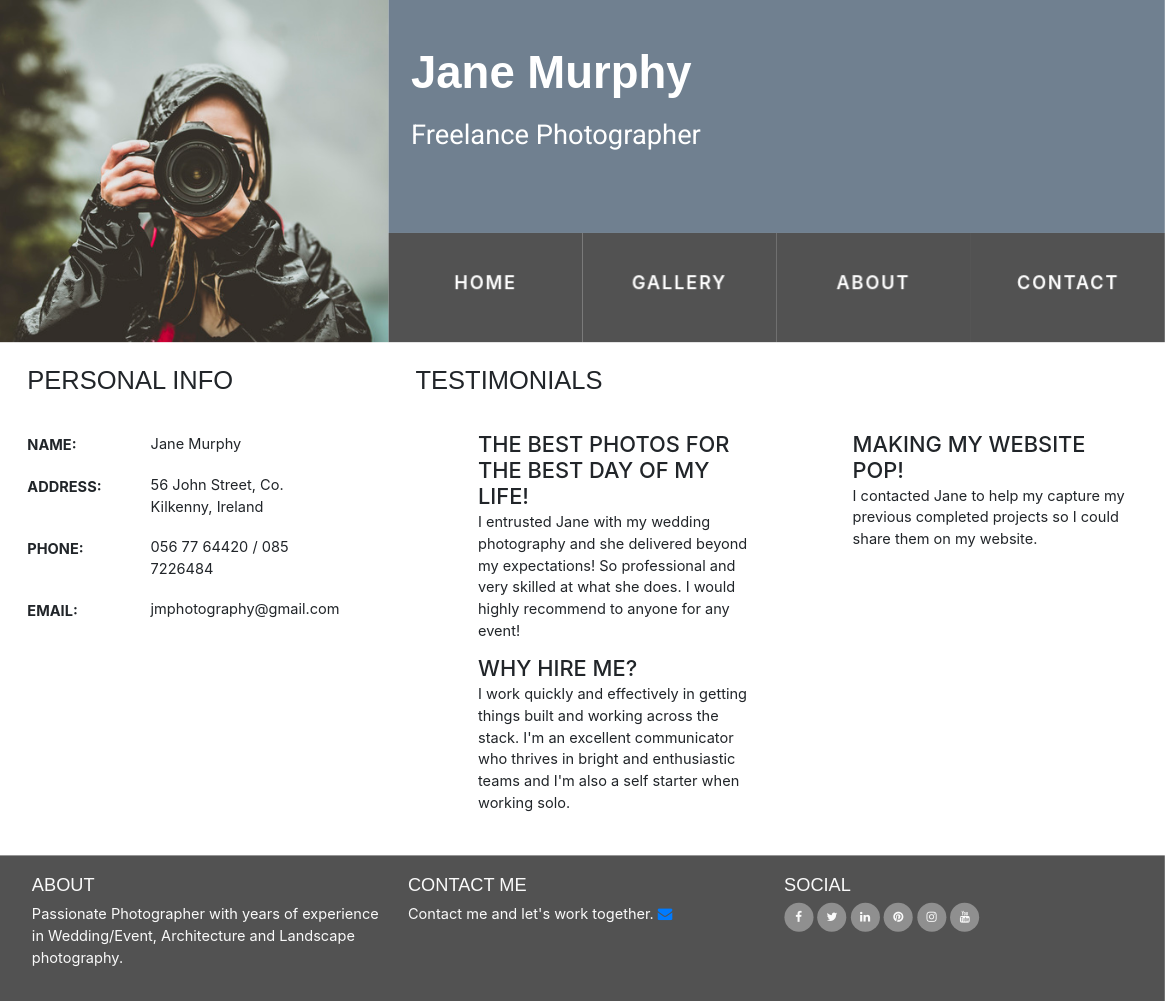
Repository: Code-Institute-Submissions/MrChrisRandall-milestone-1
Page: index.html
The author's editor kept a record of every edit. The page is drawn from the files as they stood at one moment, then again after the next edit.
The browser window is 1280 px wide. The pictures show the whole page, at 91% of full size.

Above is the page before.

### index.html
<!DOCTYPE html>
<html lang="en">

<head>
    <meta charset="UTF-8">
    <meta name="viewport" content="width=device-width, initial-scale=1.0">
    <meta http-equiv="X-UA-Compatible" content="ie=edge">
    <link rel="stylesheet" href="https://stackpath.bootstrapcdn.com/bootstrap/4.3.1/css/bootstrap.min.css" type="text/css" />
    <link rel="stylesheet" href="https://stackpath.bootstrapcdn.com/font-awesome/4.7.0/css/font-awesome.min.css" type="text/css" />
    <link rel="stylesheet" href="https://cdnjs.cloudflare.com/ajax/libs/hover.css/2.3.1/css/hover-min.css" type="text/css" />
    <link rel="stylesheet" href="assets/css/style.css" type="text/css" />
    <title>Studio 21</title>
</head>

<body>
    <header>
        <div class="row no-gutters">
            <a href="index.html" class="col-md-4 logo">

            </a>
            <div class="col-md-8">
                <div class="row no-gutters bg-color-name-title">
                    <div class="col heading">
                        <h1 class="name">Jane Murphy</h1>
                        <h2 class="title">Freelance Photographer</h2>
                    </div>
                </div>
                <div class="row no-gutters">
                    <div class="col">
                        <ul id="nav" class="list-inline menucontainer">
                            <li class="col-2 col-sm-3 ui-menu-color-home list-inline-item menuitem">
                                <a href="#" class="hvr-grow-shadow"><span>Home</span></a>
                            </li>
                            <li class="col-2 col-sm-3 ui-menu-color-gallery list-inline-item menuitem">
                                <a href="#" class="hvr-grow-shadow"><span>Gallery</span></a>
                            </li>
                            <li class="col-2 col-sm-3 ui-menu-color-about list-inline-item menuitem">
                                <a href="#" class="hvr-grow-shadow"><span>About</span></a>
                            </li>
                            <li class="col-2 col-sm-3 ui-menu-color-contact list-inline-item menuitem">
                                <a href="#" class="hvr-grow-shadow"><span>Contact</span></a>
                            </li>
                        </ul>
                    </div>
                </div>

            </div>
        </div>

    </header>

    <section class="container-fluid">
        <div class="row">
            <div class="col-md-4 bg-color-personal-info section-column">
                <div class="row">
                    <div class="col-12">
                        <h3 class="section-heading uppercase">
                            Personal Info
                        </h3>
                    </div>
                </div>
                <div class="personal-info-item">
                    <div class="key">
                        <p class="uppercase">
                            Name:
                        </p>
                    </div>
                    <div class="value">
                        <p>
                            Jane Murphy
                        </p>
                    </div>
                </div>
                <div class="personal-info-item">
                    <div class="key">
                        <p class="uppercase">
                            Address:
                        </p>
                    </div>
                    <div class="value">
                        <p>
                            56 John Street, Co. Kilkenny, Ireland
                        </p>
                    </div>
                </div>
                <div class="personal-info-item">
                    <div class="key">
                        <p class="uppercase">
                            Phone:
                        </p>
                    </div>
                    <div class="value">
                        <p>
                            056 77 64420 / 085 7226484
                        </p>
                    </div>
                </div>
                <div class="personal-info-item">
                    <div class="key">
                        <p class="uppercase">
                            Email:
                        </p>
                    </div>
                    <div class="value">
                        <p>
                            jmphotography@gmail.com
                        </p>
                    </div>
                </div>
            </div>
            <div class="col-md-8 bg-color-three-reasons section-column">
                <div class="row">
                    <div class="col">
                        <h3 class="section-heading uppercase">Testimonials</h3>
                    </div>
                </div>
                <div class="row">
                    <div class="col-10 offset-1 offset-sm-0 col-sm-4 col-md-6">
                        <div class="row">
                            <div class="col-2">
                            </div>
                            <div class="col-10">
                                <h4 class="uppercase">The best photos for the best day of my life!</h4>
                                <p>
                                    I entrusted Jane with my wedding photography and she delivered beyond my expectations! So professional and very skilled at what she does. I would highly recommend to anyone for any event!
                                </p>
                            </div>
                        </div>
                    </div>
                    <div class="col-10 offset-1 offset-sm-0 col-sm-4 col-md-6">
                        <div class="row">
                            <div class="col-2">
                            </div>
                            <div class="col-10">
                                <h4 class="uppercase">Making my website pop!</h4>
                                <p>
                                    I contacted Jane to help my capture my previous completed projects so I could share them on my website.
                                </p>
                            </div>
                        </div>
                    </div>
                    <div class="col-10 offset-1 offset-sm-0 col-sm-4 col-md-6">
                        <div class="row">
                            <div class="col-2">
                            </div>
                            <div class="col-10">
                                <h4 class="uppercase">Why hire me?</h4>
                                <p>
                                    I work quickly and effectively in getting things built and working across the stack. I'm an excellent communicator who thrives in bright and enthusiastic teams and I'm also a self starter when working solo.
                                </p>
                            </div>
                        </div>
                    </div>
                </div>
            </div>
        </div>

    </section>

    <footer class="container-fluid">
        <div id="footer-details" class="row">
            <div class="col-sm-4">
                <h5 class="uppercase general-sub">About</h5>
                <p class="inline-block">
                    Passionate Photographer with years of experience in Wedding/Event, Architecture and Landscape photography.
                </p>
            </div>
            <div class="col-sm-4">
                <h5 class="uppercase general-sub">Contact Me</h5>
                <p class="inline-block">
                    Contact me and let's work together.
                    <a href="contact.html" class="contant-link">
                        <i class="fa fa-envelope" aria-hidden="true"></i>
                        <span class="sr-only">Contact link.</span>
                    </a>
                </p>
            </div>
            <div class="col-sm-4">
                <h5 class="uppercase general-sub">Social</h5>
                <ul class="list-inline social-links">
                    <li class="list-inline-item">
                        <a target="_blank" href="#">
                            <i class="fa fa-facebook" aria-hidden="true"></i>
                            <span class="sr-only">Facebook</span>
                        </a>
                    </li>
                    <li class="list-inline-item">
                        <a target="_blank" href="#">
                            <i class="fa fa-twitter" aria-hidden="true"></i>
                            <span class="sr-only">Twitter</span>
                        </a>
                    </li>
                    <li class="list-inline-item">
                        <a target="_blank" href="#">
                            <i class="fa fa-linkedin" aria-hidden="true"></i>
                            <span class="sr-only">LinkedIn</span>
                        </a>
                    </li>
                    <li class="list-inline-item">
                        <a target="_blank" href="#">
                            <i class="fa fa-pinterest" aria-hidden="true"></i>
                            <span class="sr-only">Pinterest</span>
                        </a>
                    </li>
                    <li class="list-inline-item">
                        <a target="_blank" href="#">
                            <i class="fa fa-instagram" aria-hidden="true"></i>
                            <span class="sr-only">Instagram</span>
                        </a>
                    </li>
                    <li class="list-inline-item">
                        <a target="_blank" href="#">
                            <i class="fa fa-youtube" aria-hidden="true"></i>
                            <span class="sr-only">YouTube</span>
                        </a>
                    </li>
                </ul>
            </div>
        </div>
    </footer>

</body>

</html>

### assets/css/style.css
@import url('https://fonts.googleapis.com/css?family=Roboto&display=swap:100,200,300,400,500,600,700|Exo:100,200,300,400,500,600,700');


/*--------------------------------------------------Colors*/

.bg-color-name-title {
    background-color: #708090;
}

.ui-menu-color-home {
    background-color: #525252;
}

.ui-menu-color-gallery {
    background-color: #525252;
}

.ui-menu-color-about {
    background-color: #525252;
}

.ui-menu-color-contact {
    background-color: #525252;
}

/*--------------------------------------------------General*/

h1,
h2,
h3,
h4 {
    margin: 0;
}

.uppercase {
    text-transform: uppercase;
}

.general-sub {
    font-family: "Exo", sans-serif;
    font-weight: 300;
    color: #fafafa
}

.inline-block {
    display: inline-block;
}

.row-table {
    display: table;
}

.section-column {
    display: table-cell;
    padding: 0 30px 30px;
    float: none;
}

.history-heading,
.section-heading {
    font-family: "Exo", sans-serif;
    font-weight: 300;
    margin-top: 25px;
    margin-bottom: 40px;
}

/*--------------------------------------------------Header*/

.header {
    margin: 0;
}

.heading {
    margin-left: 25px;
}

.logo {
    background: url(../images/pic.jpg);
    background-position: center;
    background-repeat: no-repeat;
    background-size: cover;
    min-height: 360px;
}

.name {
    font-family: "Exo", sans-serif;
    font-weight: 600;
    font-size: 50px;
    margin-top: 50px;
    color: #fff;
}

.title {
    font-family: "Roboto", sans-serif;
    font-weight: 400;
    font-size: 30px;
    margin-top: 20px;
    margin-bottom: 90px;
    color: #fff;
}

.list-inline-item:not(:last-child) {
    margin: 0;
}

.menucontainer {
    font-size: 0;
}

#nav {
    margin: 0;
}

#nav li {
    font-size: 14px;
    padding: 0;
}

.menuitem {
    height: 120px;
    text-align: center;
    padding: 0;
}

.menuitem a {
    width: 100%;
    text-decoration: none;
    color: #fff;
    height: 120px;
}

.menuitem span {
    display: block;
    width: 100%;
    padding-top: 40px;
    text-align: center;
    text-transform: uppercase;
    font-size: 20px;
    font-weight: 600;
    letter-spacing: 2px;
}

/*--------------------------------------------------Footer*/

footer {
    background-color: #525252;
    color: #fafafa;
    min-height: 120px;
    margin: 0;
}

.contact-link i {
    width: 32px;
    height: 32px;
    padding: 12px 0;
    border-radius: 50%;
    font-size: 13px;
    line-height: 7px;
    text-align: center;
    color: #fafafa;
    background: #8f8f8f;
    transition: all 0.35s ease-in-out;
    -moz-transition: all 0.35s ease-in-out;
    -webkit-transition: all 0.35s ease-in-out;
    -o-transition: all 0.35s ease-in-out;
}

.social-links {
    padding-bottom: 15px;
}

.social-links li a i {
    width: 32px;
    height: 32px;
    padding: 12px 0;
    border-radius: 50%;
    font-size: 13px;
    line-height: 7px;
    text-align: center;
    color: #fafafa;
    background: #8f8f8f;
    transition: all 0.35s ease-in-out;
    -moz-transition: all 0.35s ease-in-out;
    -webkit-transition: all 0.35s ease-in-out;
    -o-transition: all 0.35s ease-in-out;
}

.social-links li a i:hover {
    background: #708090;
}

#footer-details {
    padding: 20px;
}

/*--------------------------------------------------Personal Info*/

.personal-info-item {
    margin-bottom: 20px;
    display: block;
    clear: both;
}

.personal-info-item .key,
.personal-info-item .value {
    padding-right: 8px;
    display: inline-block;
}

.personal-info-item .key p,
.personal-info-item .value p {
    margin: 0;
}

.personal-info-item .key {
    width: 30%;
    margin-right: 21px;
    padding-top: 2px;
    vertical-align: top;
}

.personal-info-item .key p {
    font-weight: 700;
}

.personal-info-item .value {
    position: relative;
    width: 60%;
}

/*--------------------------------------------------Contact Form*/

.contact-heading {
    font-family: "Exo", sans-serif;
    font-weight: 300;
    margin-top: 25px;
    margin-bottom: 20px;
}

.center-form {
    padding-top: 10px;
    margin: 0 auto;
    max-width: 70%;
}

button[type="submit"] {
    margin-top: 15px;
    margin-bottom: 20px;
    color: #fafafa;
    background-color: #e84610;
}

/*--------------------------------------------------Gallery*/

.flex-container {
    width: 1280px;
    min-height: 500px;
    background: #fff;
    margin: 70px auto 0;
    display: flex;
    flex-direction: row;
    flex-wrap: wrap;
}

.flex-container .box {
    position: relative;
    width: 250px;
    height: 167px;
    background: #000000;
    margin: 25px;
    display: inline-block
}

.flex-container .box .imgBox {
    position: relative;
}

.flex-container .box .imgBox img {
    max-width: 250px;
    width: 250px;
    max-height: 167px;
    transition: transform 2s;
}

.flex-container .box:hover .imgBox img {
    transform: scale(1.15);
}

After the next edit:
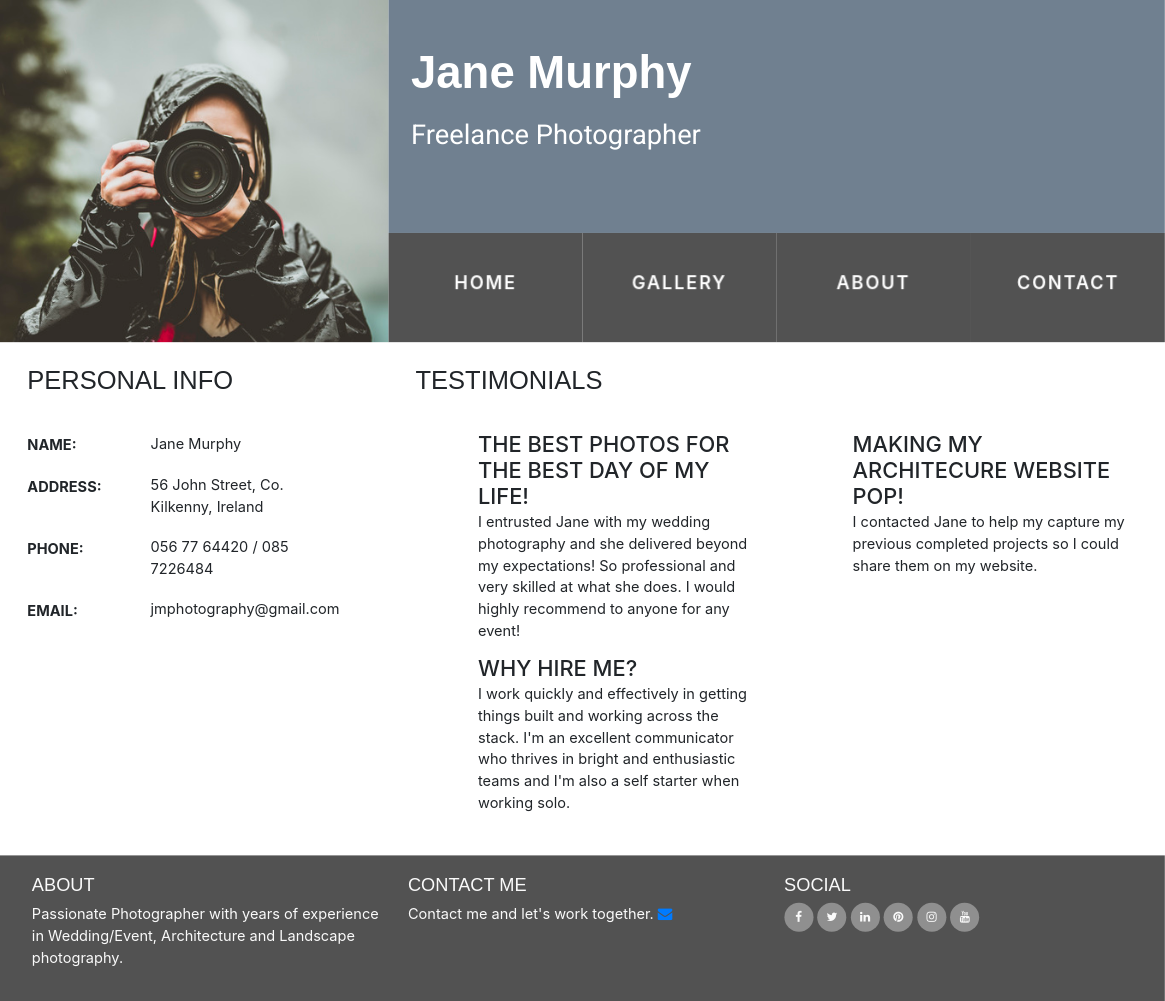
The edit:
--- a/index.html
+++ b/index.html
@@ -132,7 +132,7 @@
                             <div class="col-2">
                             </div>
                             <div class="col-10">
-                                <h4 class="uppercase">Making my website pop!</h4>
+                                <h4 class="uppercase">Making my architecure website pop!</h4>
                                 <p>
                                     I contacted Jane to help my capture my previous completed projects so I could share them on my website.
                                 </p>
